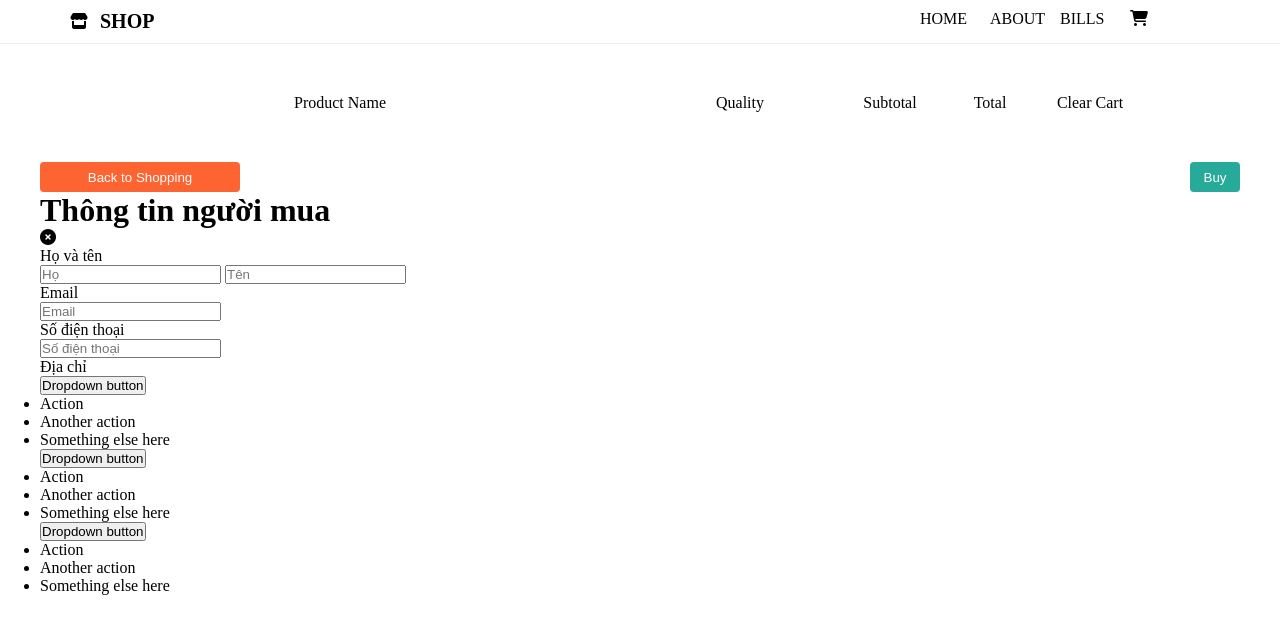
Repository: nguyenhaidang212/danh-sach-ban-hang
Page: index.html
An editor plug-in stored every save of this project. The page is shown before and after the next save, followed by the edit.
The browser window is 1280 px wide. The pictures show the whole page.
Some web libraries are served in a nearby version.

Above is the page before, as saved 2023-02-10 14:36:51.

After the next save:
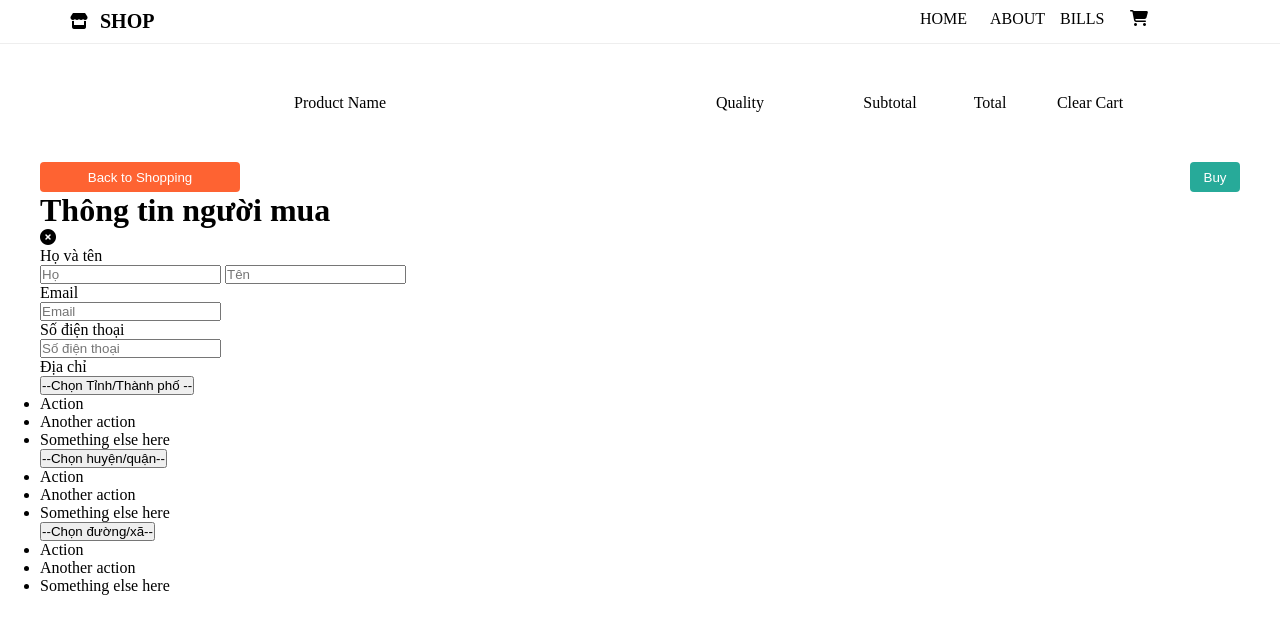
Saved 46 s later.
--- a/index.html
+++ b/index.html
@@ -69,7 +69,7 @@
                 data-bs-toggle="dropdown"
                 aria-expanded="false"
               >
-                Dropdown button
+                --Chọn Tỉnh/Thành phố --
               </button>
               <ul class="dropdown-menu">
                 <li><a class="dropdown-item" href="#">Action</a></li>
@@ -86,7 +86,7 @@
                 data-bs-toggle="dropdown"
                 aria-expanded="false"
               >
-                Dropdown button
+                --Chọn huyện/quận--
               </button>
               <ul class="dropdown-menu">
                 <li><a class="dropdown-item" href="#">Action</a></li>
@@ -103,7 +103,7 @@
                 data-bs-toggle="dropdown"
                 aria-expanded="false"
               >
-                Dropdown button
+                --Chọn đường/xã--
               </button>
               <ul class="dropdown-menu">
                 <li><a class="dropdown-item" href="#">Action</a></li>
